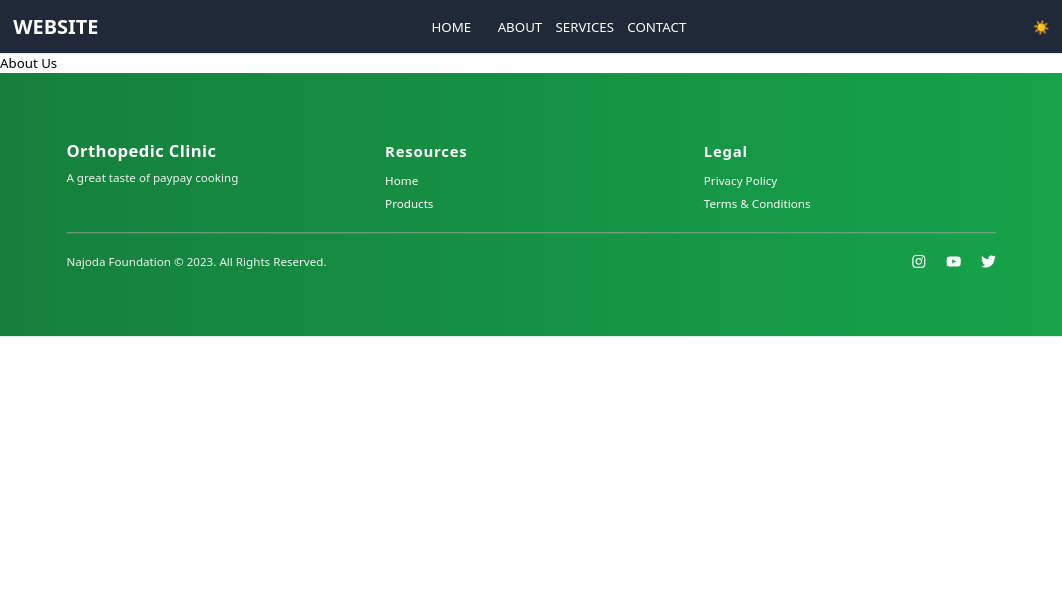
Repository: countaustin1990/file-C-Users-user-Documents-Final-20Cart
Page: /about (app in Documents/BXXXN/my-app/)
An editor plug-in stored every save of this project. The page is shown before and after the next save, followed by the edit.
The browser window is 1280 px wide. The pictures show the whole page, at 83% of full size.
The project was rebuilt for these pictures with package versions that can differ from the ones it lists, and the page was loaded fresh each time. Also part of the build but not shown: Documents/BXXXN/my-app/vite.config.js, Documents/BXXXN/my-app/src/components/folder/HeroSection.test.jsx, Documents/BXXXN/my-app/src/components/horizontalscroll/style.css, Documents/BXXXN/my-app/src/components/horizontalscroll/HorizontalScroll.jsx, Documents/BXXXN/my-app/src/pages/home/Home.test.jsx, Documents/BXXXN/my-app/src/pages/contact/Contact.jsx, Documents/BXXXN/my-app/src/pages/services/Services.test.jsx.

Above is the page before, as saved 2024-10-31 22:23:54.

After the next save:
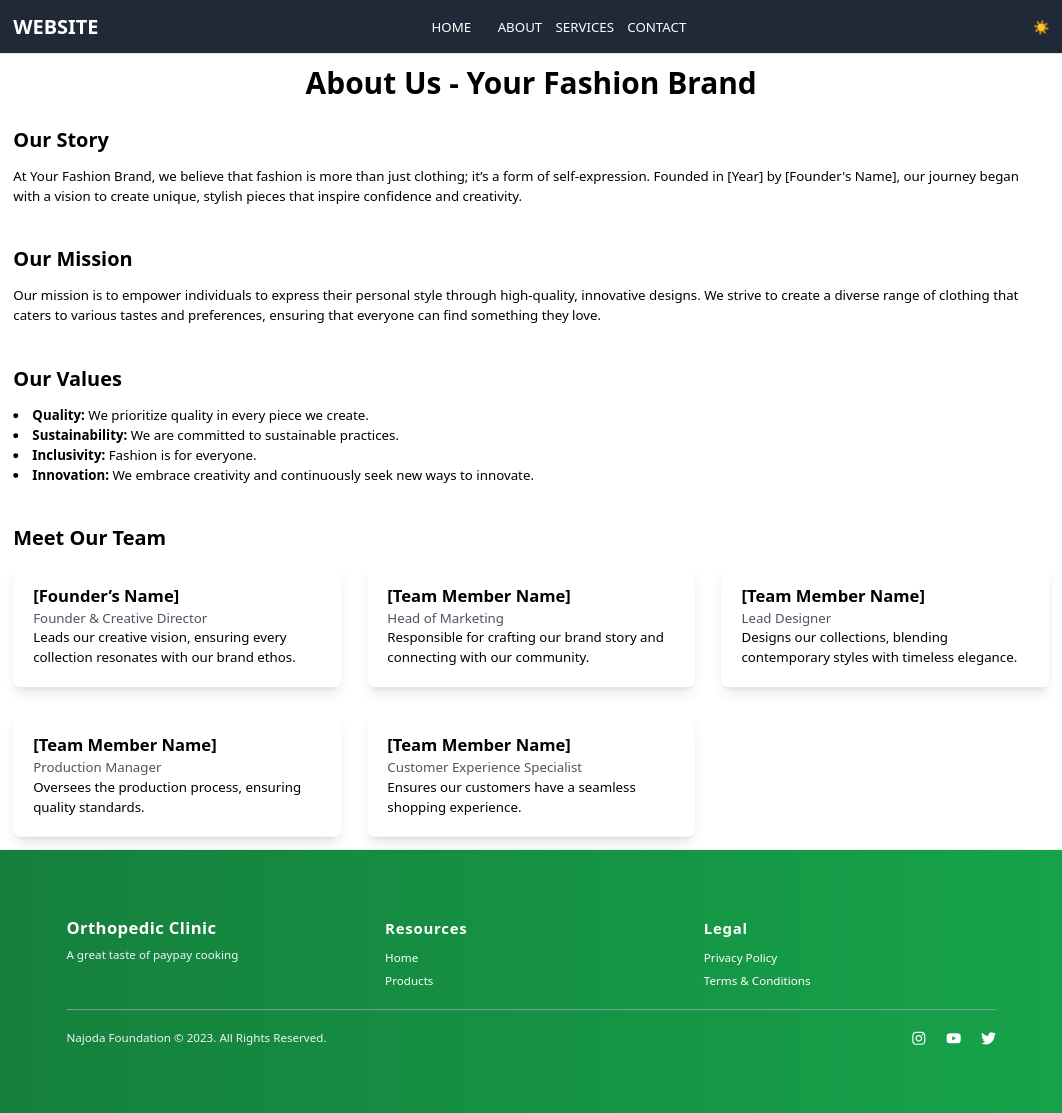
Saved 53 min 10 s later.
--- a/Documents/BXXXN/my-app/src/pages/about/About.jsx
+++ b/Documents/BXXXN/my-app/src/pages/about/About.jsx
@@ -1,11 +1,77 @@
-
+import React from 'react';
 
 const About = () => {
   return (
-    <div>
-      <h1>About Us</h1>
+    <div className="container mx-auto p-4">
+      <h1 className="text-4xl font-bold text-center mb-8">About Us - Your Fashion Brand</h1>
+
+      <section className="mb-12">
+        <h2 className="text-2xl font-semibold mb-4">Our Story</h2>
+        <p>
+          At Your Fashion Brand, we believe that fashion is more than just clothing; it’s a form of self-expression.
+          Founded in [Year] by [Founder's Name], our journey began with a vision to create unique, stylish pieces that inspire confidence and creativity.
+        </p>
+      </section>
+
+      <section className="mb-12">
+        <h2 className="text-2xl font-semibold mb-4">Our Mission</h2>
+        <p>
+          Our mission is to empower individuals to express their personal style through high-quality, innovative designs.
+          We strive to create a diverse range of clothing that caters to various tastes and preferences, ensuring that everyone can find something they love.
+        </p>
+      </section>
+
+      <section className="mb-12">
+        <h2 className="text-2xl font-semibold mb-4">Our Values</h2>
+        <ul className="list-disc list-inside">
+          <li><strong>Quality:</strong> We prioritize quality in every piece we create.</li>
+          <li><strong>Sustainability:</strong> We are committed to sustainable practices.</li>
+          <li><strong>Inclusivity:</strong> Fashion is for everyone.</li>
+          <li><strong>Innovation:</strong> We embrace creativity and continuously seek new ways to innovate.</li>
+        </ul>
+      </section>
+
+      <section>
+        <h2 className="text-2xl font-semibold mb-4">Meet Our Team</h2>
+        <div className="grid grid-cols-1 md:grid-cols-2 lg:grid-cols-3 gap-8">
+          {/* Team Member Card */}
+          {[
+            {
+              name: '[Founder’s Name]',
+              title: 'Founder & Creative Director',
+              description: 'Leads our creative vision, ensuring every collection resonates with our brand ethos.',
+            },
+            {
+              name: '[Team Member Name]',
+              title: 'Head of Marketing',
+              description: 'Responsible for crafting our brand story and connecting with our community.',
+            },
+            {
+              name: '[Team Member Name]',
+              title: 'Lead Designer',
+              description: 'Designs our collections, blending contemporary styles with timeless elegance.',
+            },
+            {
+              name: '[Team Member Name]',
+              title: 'Production Manager',
+              description: 'Oversees the production process, ensuring quality standards.',
+            },
+            {
+              name: '[Team Member Name]',
+              title: 'Customer Experience Specialist',
+              description: 'Ensures our customers have a seamless shopping experience.',
+            },
+          ].map((member, index) => (
+            <div key={index} className="p-6 shadow-lg rounded-lg bg-white dark:bg-gray-800">
+              <h3 className="text-xl font-semibold">{member.name}</h3>
+              <p className="text-gray-600">{member.title}</p>
+              <p>{member.description}</p>
+            </div>
+          ))}
+        </div>
+      </section>
     </div>
-  )
-}
+  );
+};
 
-export default About
+export default About;
